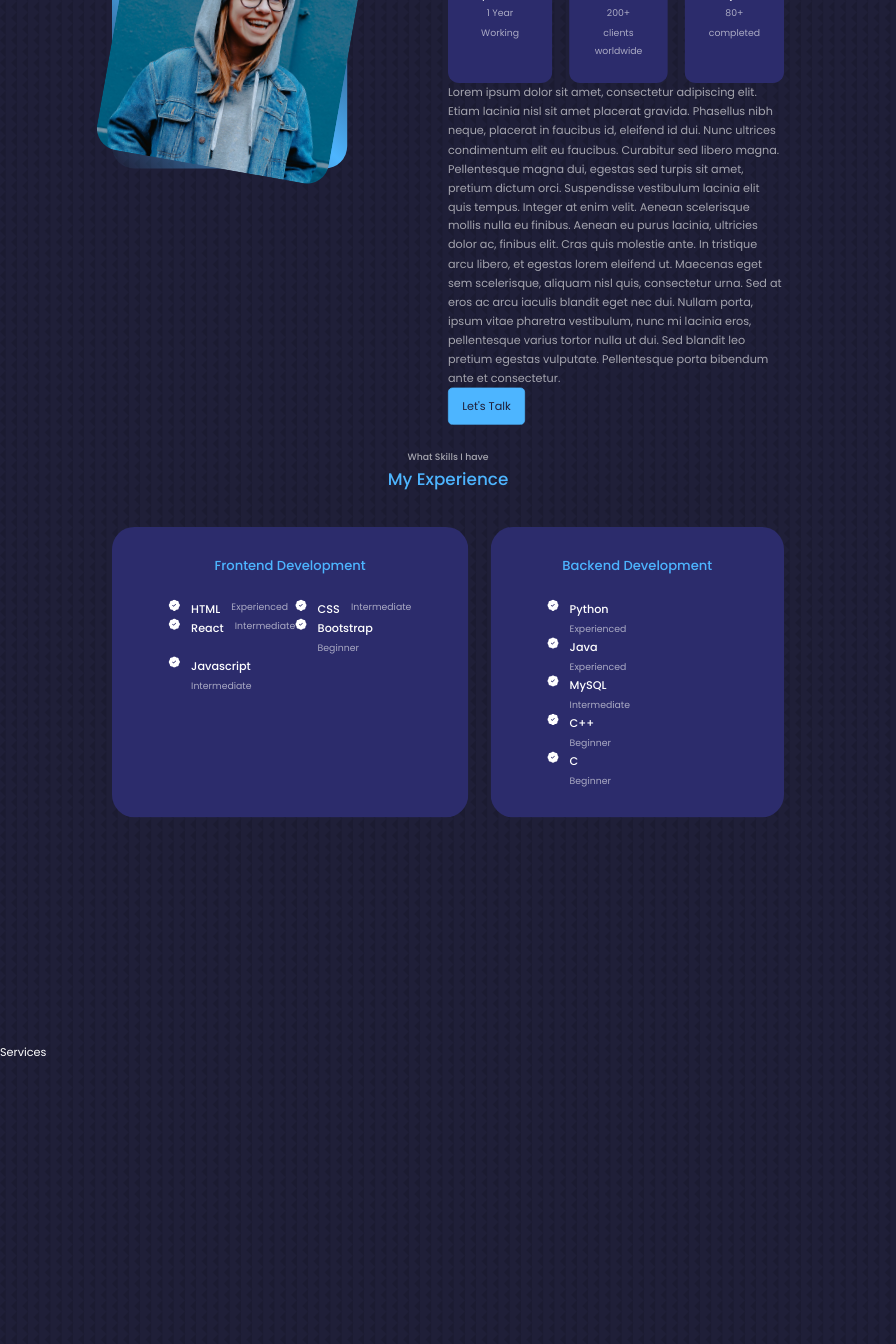
Repository: smallchungus/resumeWebsite
Page: / (app in hello/)
An editor plug-in stored every save of this project. The page is shown before and after a run of saves, followed by the edit.
The browser window is 1280 px wide. The pictures show the part of the page from y = 1054 to 2974 px (the page is 5835 px tall), at 70% of full size.
The project was rebuilt for these pictures with package versions that can differ from the ones it lists, and the page was loaded fresh each time. Also part of the build but not shown: hello/src/components/portfolio/portfolio.css, hello/src/components/contact/contact.css, hello/src/components/footer/footer.css. Imported but missing from the stored project, and not drawn on this page: hello/src/assets/cv.pdf.

Above is the page before, as saved 2023-03-23 19:16:31.

After the next 4 saves:
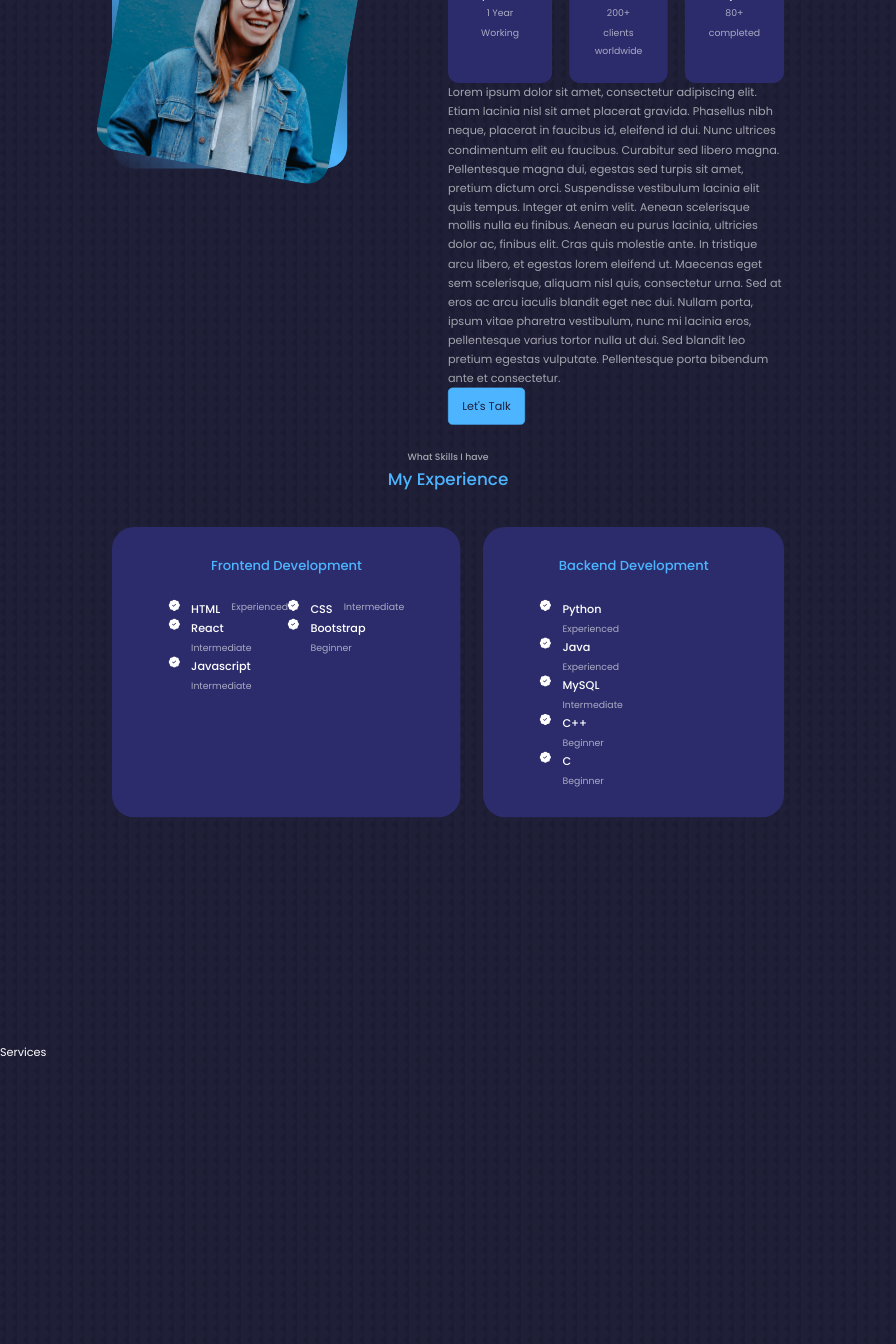
The 4 saves are shown as one change because they came seconds apart.
The last was saved 13 s later.
--- a/hello/src/components/experience/Experience.jsx
+++ b/hello/src/components/experience/Experience.jsx
@@ -26,8 +26,10 @@ const Experience = () => {
             </article>
             <article className='experience_details'>
               <BsPatchCheckFill />
-              <h4>React</h4>
-              <small className='text-light' >Intermediate </small>
+              <div>
+                <h4>React</h4>
+                <small className='text-light' >Intermediate </small>
+              </div>
             </article>
 
 
